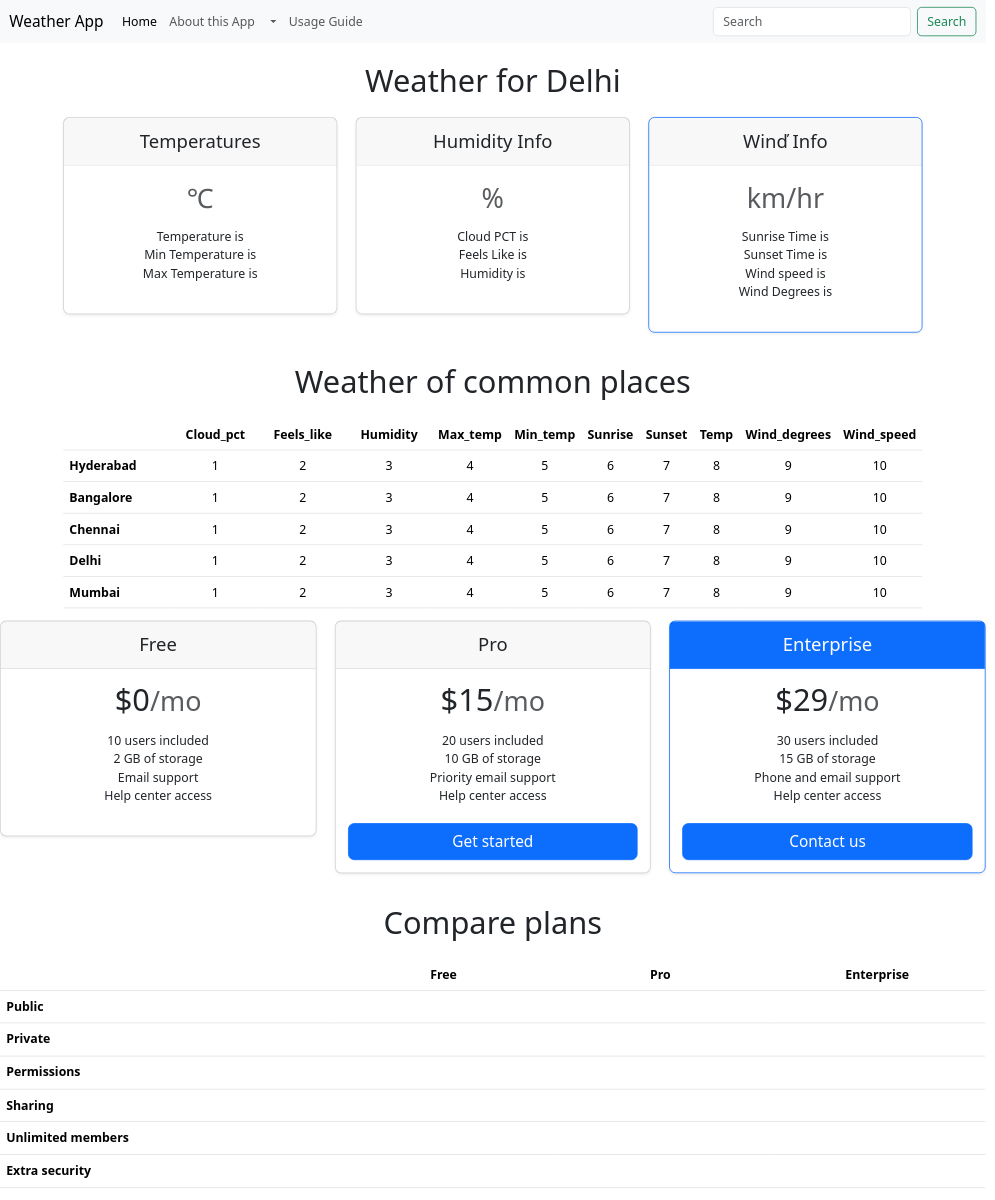
Repository: Abhilash2909/weather
Page: index.html
The author's editor kept a copy of each file at every save. The page is drawn from the files as they stood at one save, then again after the next save.
The browser window is 1280 px wide. The page is 1292 px wide, so the pictures cover 1292 px, including what lies to the right of the window. The pictures show the whole page, at 77% of full size.
The page's requests for data from a server got no answer.

Above is the page before, as saved 2024-02-11 17:03:06.

### index.html
<!doctype html>
<html lang="en">
  <head>
    <meta charset="utf-8">
    <meta name="viewport" content="width=device-width, initial-scale=1">
    <title>My Weather App</title>
    <link href="https://cdn.jsdelivr.net/npm/bootstrap@5.3.2/dist/css/bootstrap.min.css" rel="stylesheet" integrity="sha384-T3c6CoIi6uLrA9TneNEoa7RxnatzjcDSCmG1MXxSR1GAsXEV/Dwwykc2MPK8M2HN" crossorigin="anonymous">
  </head>
  <body>
    <nav class="navbar navbar-expand-lg bg-body-tertiary">
        <div class="container-fluid">
          <a class="navbar-brand" href="#">Weather App</a>
          <button class="navbar-toggler" type="button" data-bs-toggle="collapse" data-bs-target="#navbarSupportedContent" aria-controls="navbarSupportedContent" aria-expanded="false" aria-label="Toggle navigation">
            <span class="navbar-toggler-icon"></span>
          </button>
          <div class="collapse navbar-collapse" id="navbarSupportedContent">
            <ul class="navbar-nav me-auto mb-2 mb-lg-0">
              <li class="nav-item">
                <a class="nav-link active" aria-current="page" href="#">Home</a>
              </li>
              <li class="nav-item">
                <a class="nav-link" href="#">About this App</a>
              </li>
              <li class="nav-item dropdown">
                <a class="nav-link dropdown-toggle" href="#" role="button" data-bs-toggle="dropdown" aria-expanded="false">
                </a>
                <ul class="dropdown-menu">
                  <li><a class="dropdown-item" href="#">Delhi</a></li>
                  <li><a class="dropdown-item" href="#">Seattle</a></li>
                  <li><a class="dropdown-item" href="#">Bangalore</a></li>
                </ul>
              </li>
              <li class="nav-item">
                <a class="nav-link" aria-disabled="true">Usage Guide</a>
              </li>
            </ul>
            <form class="d-flex" role="search">
              <input id="city" class="form-control me-2" type="search" placeholder="Search" aria-label="Search">
              <button class="btn btn-outline-success" type="submit" id="submit">Search</button>
            </form>
          </div>
        </div>
      </nav>

      <div class="container">
        <main>
          <h1 class= "my-4 text-center">Weather for <span id="cityName"></span></h1>
          <div class="row row-cols-1 row-cols-md-3 mb-3 text-center">
          <div class="col">
            <div class="card mb-4 rounded-3 shadow-sm">
              <div class="card-header py-3">
                <h4 class="my-0 fw-normal">Temperatures</h4>
              </div>
              <div class="card-body">
                <h1 class="card-title pricing-card-title"><span id="temp2"></span><small class="text-body-secondary fw-light"></span><span>&#8451;</span></small></h1>
                <ul class="list-unstyled mt-3 mb-4">
                  <li>Temperature is <span id="temp" ></span></li>
                  <li>Min Temperature is <span id="min_temp" ></span></li>
                  <li>Max Temperature is <span id="max_temp" ></span></li>
                </ul>
                <!-- <button type="button" class="w-100 btn btn-lg btn-outline-primary">Sign up for free</button> -->
              </div>
            </div>
          </div>
          <div class="col">
            <div class="card mb-4 rounded-3 shadow-sm">
              <div class="card-header py-3">
                <h4 class="my-0 fw-normal">Humidity Info</h4>
              </div>
              <div class="card-body">
                <h1 class="card-title pricing-card-title"><span id="humidity2" ></span><small class="text-body-secondary fw-light">%</small></h1>
                <ul class="list-unstyled mt-3 mb-4">
                  <li>Cloud PCT is <span id="cloud_pct" ></span></li>
                  <li>Feels Like is <span id="feels_like" ></span></li>
                  <li>Humidity is <span id="humidity" ></span></li>
                </ul>
                <!-- <button type="button" class="w-100 btn btn-lg btn-primary">Get started</button> -->
              </div>
            </div>
          </div>

          <div class="col">
            <div class="card mb-4 rounded-3 shadow-sm border-primary">
              <div class="card-header py-3">
                <h4 class="my-0 fw-normal">Winď Info</h4>
              </div>
              <div class="card-body">
                <h1 class="card-title pricing-card-title"><span id="wind_speed2" ></span><small class="text-body-secondary fw-light">km/hr</small></h1>
                <ul class="list-unstyled mt-3 mb-4">
                  <li>Sunrise Time is <span id="sunrise" ></span></li>
                  <li>Sunset Time is <span id="sunset" ></span></li>
                  <li>Wind speed is <span id="wind_speed" ></span></li>
                  <li>Wind Degrees is <span id="wind_degrees" ></span></li>
                </ul>
                <!-- <button type="button" class="w-100 btn btn-lg btn-primary">Contact us</button> -->
              </div>
            </div>
          </div>
        </div>

        <h2 class="display-6 text-center mb-4">Weather of common places</h2>

        <div class="table-responsive">
          <table class="table text-center">
            <thead>
              <tr>
                <th style="width: 34%;">   </th>
                <th style="width: 22%;"> Cloud_pct </th>
                <th style="width: 22%;"> Feels_like </th>
                <th style="width: 22%;"> Humidity </th>
                <th style="width: 22%;"> Max_temp </th>
                <th style="width: 22%;"> Min_temp </th>
                <th style="width: 22%;"> Sunrise </th>
                <th style="width: 22%;"> Sunset </th>
                <th style="width: 22%;"> Temp </th>
                <th style="width: 22%;"> Wind_degrees </th>
                <th style="width: 22%;"> Wind_speed </th>
              </tr>
            </thead>
            <tbody>
              <tr>
                <th scope="row" class="text-start">Hyderabad</th>
                <td>1</td>
                <td>2</td>
                <td>3</td>
                <td>4</td>
                <td>5</td>
                <td>6</td>
                <td>7</td>
                <td>8</td>
                <td>9</td>
                <td>10</td>
              </tr>
              <tr>
                <th scope="row" class="text-start">Bangalore</th>
                <td>1</td>
                <td>2</td>
                <td>3</td>
                <td>4</td>
                <td>5</td>
                <td>6</td>
                <td>7</td>
                <td>8</td>
                <td>9</td>
                <td>10</td>
              </tr>
            </tbody>

            <tbody>
              <tr>
                <th scope="row" class="text-start">Chennai</th>
                <td>1</td>
                <td>2</td>
                <td>3</td>
                <td>4</td>
                <td>5</td>
                <td>6</td>
                <td>7</td>
                <td>8</td>
                <td>9</td>
                <td>10</td>
              </tr>
              <tr>
                <th scope="row" class="text-start">Delhi</th>
                <td>1</td>
                <td>2</td>
                <td>3</td>
                <td>4</td>
                <td>5</td>
                <td>6</td>
                <td>7</td>
                <td>8</td>
                <td>9</td>
                <td>10</td>
              </tr>
              <tr>
                <th scope="row" class="text-start">Mumbai</th>
                <td>1</td>
                <td>2</td>
                <td>3</td>
                <td>4</td>
                <td>5</td>
                <td>6</td>
                <td>7</td>
                <td>8</td>
                <td>9</td>
                <td>10</td>
              </tr>
            </tbody>
          </table>
        </div>
      </main></div>
    <script src="https://cdn.jsdelivr.net/npm/bootstrap@5.3.2/dist/js/bootstrap.bundle.min.js" integrity="sha384-C6RzsynM9kWDrMNeT87bh95OGNyZPhcTNXj1NW7RuBCsyN/o0jlpcV8Qyq46cDfL" crossorigin="anonymous"></script>
    <script src="script.js"></script>
</body>
</html>


<main>
  <div class="row row-cols-1 row-cols-md-3 mb-3 text-center">
    <div class="col">
      <div class="card mb-4 rounded-3 shadow-sm">
        <div class="card-header py-3">
          <h4 class="my-0 fw-normal">Free</h4>
        </div>
        <div class="card-body">
          <h1 class="card-title pricing-card-title">$0<small class="text-body-secondary fw-light">/mo</small></h1>
          <ul class="list-unstyled mt-3 mb-4">
            <li>10 users included</li>
            <li>2 GB of storage</li>
            <li>Email support</li>
            <li>Help center access</li>
          </ul>
          <!-- <button type="button" class="w-100 btn btn-lg btn-outline-primary">Sign up for free</button> -->
        </div>
      </div>
    </div>
    <div class="col">
      <div class="card mb-4 rounded-3 shadow-sm">
        <div class="card-header py-3">
          <h4 class="my-0 fw-normal">Pro</h4>
        </div>
        <div class="card-body">
          <h1 class="card-title pricing-card-title">$15<small class="text-body-secondary fw-light">/mo</small></h1>
          <ul class="list-unstyled mt-3 mb-4">
            <li>20 users included</li>
            <li>10 GB of storage</li>
            <li>Priority email support</li>
            <li>Help center access</li>
          </ul>
          <button type="button" class="w-100 btn btn-lg btn-primary">Get started</button>
        </div>
      </div>
    </div>
    <div class="col">
      <div class="card mb-4 rounded-3 shadow-sm border-primary">
        <div class="card-header py-3 text-bg-primary border-primary">
          <h4 class="my-0 fw-normal">Enterprise</h4>
        </div>
        <div class="card-body">
          <h1 class="card-title pricing-card-title">$29<small class="text-body-secondary fw-light">/mo</small></h1>
          <ul class="list-unstyled mt-3 mb-4">
            <li>30 users included</li>
            <li>15 GB of storage</li>
            <li>Phone and email support</li>
            <li>Help center access</li>
          </ul>
          <button type="button" class="w-100 btn btn-lg btn-primary">Contact us</button>
        </div>
      </div>
    </div>
  </div>

  <h2 class="display-6 text-center mb-4">Compare plans</h2>

  <div class="table-responsive">
    <table class="table text-center">
      <thead>
        <tr>
          <th style="width: 34%;"></th>
          <th style="width: 22%;">Free</th>
          <th style="width: 22%;">Pro</th>
          <th style="width: 22%;">Enterprise</th>
        </tr>
      </thead>
      <tbody>
        <tr>
          <th scope="row" class="text-start">Public</th>
          <td><svg class="bi" width="24" height="24"><use xlink:href="#check"></use></svg></td>
          <td><svg class="bi" width="24" height="24"><use xlink:href="#check"></use></svg></td>
          <td><svg class="bi" width="24" height="24"><use xlink:href="#check"></use></svg></td>
        </tr>
        <tr>
          <th scope="row" class="text-start">Private</th>
          <td></td>
          <td><svg class="bi" width="24" height="24"><use xlink:href="#check"></use></svg></td>
          <td><svg class="bi" width="24" height="24"><use xlink:href="#check"></use></svg></td>
        </tr>
      </tbody>

      <tbody>
        <tr>
          <th scope="row" class="text-start">Permissions</th>
          <td><svg class="bi" width="24" height="24"><use xlink:href="#check"></use></svg></td>
          <td><svg class="bi" width="24" height="24"><use xlink:href="#check"></use></svg></td>
          <td><svg class="bi" width="24" height="24"><use xlink:href="#check"></use></svg></td>
        </tr>
        <tr>
          <th scope="row" class="text-start">Sharing</th>
          <td></td>
          <td><svg class="bi" width="24" height="24"><use xlink:href="#check"></use></svg></td>
          <td><svg class="bi" width="24" height="24"><use xlink:href="#check"></use></svg></td>
        </tr>
        <tr>
          <th scope="row" class="text-start">Unlimited members</th>
          <td></td>
          <td><svg class="bi" width="24" height="24"><use xlink:href="#check"></use></svg></td>
          <td><svg class="bi" width="24" height="24"><use xlink:href="#check"></use></svg></td>
        </tr>
        <tr>
          <th scope="row" class="text-start">Extra security</th>
          <td></td>
          <td></td>
          <td><svg class="bi" width="24" height="24"><use xlink:href="#check"></use></svg></td>
        </tr>
      </tbody>
    </table>
  </div>
</main>

### script.js

// const url = 'https://weather-by-api-ninjas.p.rapidapi.com/v1/weather?city=Seattle';
// const options = {
//     method: 'GET',
//     headers: {
//         'X-RapidAPI-Key': '9f5fc666cemsh950495f18781500p1999a7jsna0d8657b4aba',
//         'X-RapidAPI-Host': 'weather-by-api-ninjas.p.rapidapi.com'
//     }
// };

// async function fetchData() {
//     try {
//         const response = await fetch(url, options);
//         const result = await response.text();
//         console.log(result);
//     } catch (error) {
//         console.error(error);
//     }
// }

// fetchData();


// const url = 'https://weather-by-api-ninjas.p.rapidapi.com/v1/weather?city=Seattle';
// const options = {
// 	method: 'GET',
// 	headers: {
// 		'X-RapidAPI-Key': '9f5fc666cemsh950495f18781500p1999a7jsna0d8657b4aba',
// 		'X-RapidAPI-Host': 'weather-by-api-ninjas.p.rapidapi.com'
// 	}
// };

// try {
// 	const response = await fetch(url, options);
// 	const result = await response.text();
// 	console.log(result);
// } catch (error) {
// 	console.error(error);
// }



const options = {
    method: 'GET',
    headers: {
      'X-RapidAPI-Key': 'b45e96323fmshf5e4bc50d3b8a90p1e091djsnfb21cde4eb87',
      'X-RapidAPI-Host': 'weather-by-api-ninjas.p.rapidapi.com'
    }
  };
const getWeather = (city) => {
  cityName.innerHTML = city
  fetch('https://weather-by-api-ninjas.p.rapidapi.com/v1/weather?city=' + city, options)
    .then(response => response.json())
    .then((response) => {
      console.log(response)
      cloud_pct.innerHTML = response.cloud_pct
      temp.innerHTML = response.temp
      temp2.innerHTML = response.temp
      feels_like.innerHTML = response.feels_like
      humidity.innerHTML = response.humidity
      humidity2.innerHTML = response.humidity
      min_temp.innerHTML = response.min_temp
      max_temp.innerHTML = response.max_temp
      wind_speed.innerHTML = response.wind_speed
      wind_speed2.innerHTML = response.wind_speed
      wind_degrees.innerHTML = response.wind_degrees
      sunrise.innerHTML = response.sunrise
      sunset.innerHTML = response.sunset
    })
    .catch(error => console.error(error));
}

submit.addEventListener("click", (e)=>{
  e.preventDefault()
  getWeather(city.value)
})

getWeather("Delhi")

After the next save:
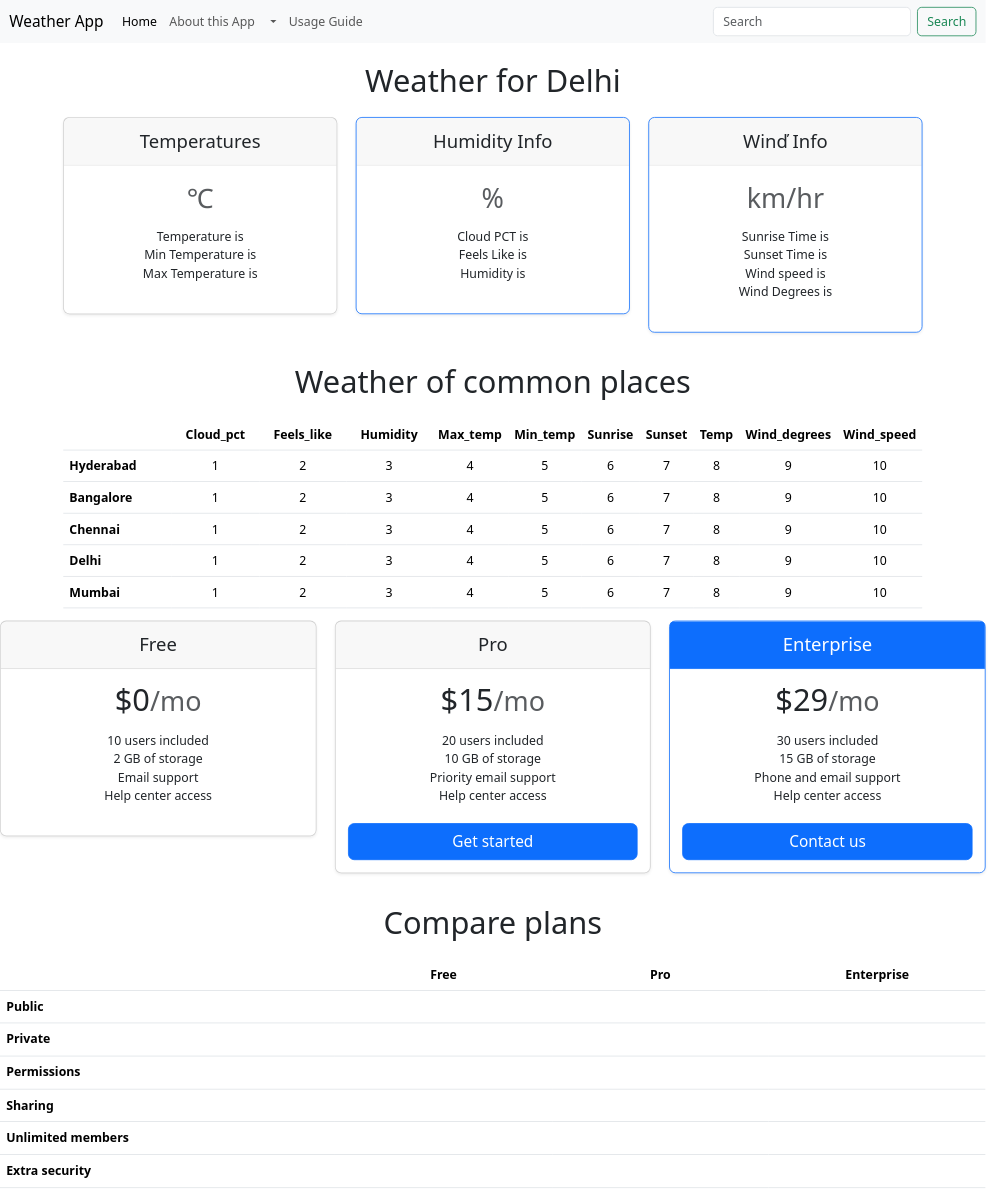
Saved 9 s later.
--- a/index.html
+++ b/index.html
@@ -63,7 +63,7 @@
             </div>
           </div>
           <div class="col">
-            <div class="card mb-4 rounded-3 shadow-sm">
+            <div class="card mb-4 rounded-3 shadow-sm border-primary">
               <div class="card-header py-3">
                 <h4 class="my-0 fw-normal">Humidity Info</h4>
               </div>
